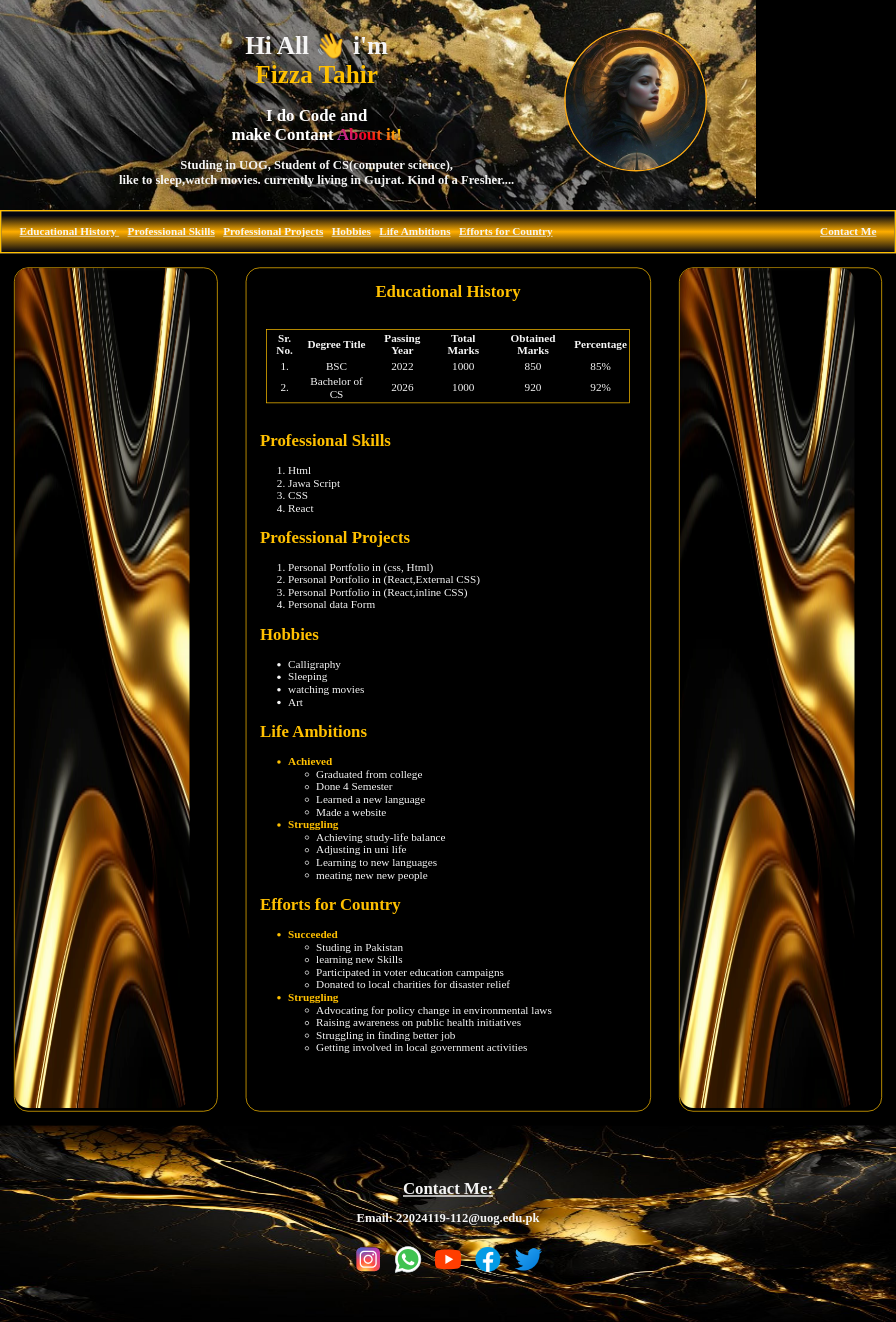
Repository: Fizza-112/project
Page: /
An editor plug-in stored every save of this project. The page is shown before and after a run of saves, followed by the edit.
The browser window is 1280 px wide. The pictures show the whole page, at 70% of full size.
The project was rebuilt for these pictures with package versions that can differ from the ones it lists, and the page was loaded fresh each time. Also part of the build but not shown: vite.config.ts.

Above is the page before, as saved 2024-09-20 14:27:32.

### src/App.tsx

import "./App.css"

import instaimg from "./components/icons8-insta.svg"
import whatsappimg from "./components/icons8-whatsapp.svg"
import youtubeimg from "./components/icons8-youtube.svg"
import facebookimg from "./components/facebook icon.png"
import twitterimg from "./components/twitter.png"
import marbelimg from "./components/marbel.webp"
import profimg from "./assets/WhatsApp Image 2024-09-20 at 8.07.10 AM.jpeg"
import sidedivimg from "./assets/sidediv.webp"
import contantimg from "./assets/bg.jpg"
const App = () => {
  return (
    <>
    <header>
    <div className="header-container">
      {/* Base image */}
      <img
        className="base-image"
         src={marbelimg}
        alt="Profile"
      />

      {/* Content inside the header */}
      <div className="header-content">
        <h1 className="header-text"><b>Hi All 👋 i'm <br/><span className="nam"> Fizza Tahir</span> </b></h1>
        <div> <h2 className="contant">I do Code and<br/> make Contant <span className="span">About it!</span> </h2></div>
        <p className="sub-text">Studing in UOG, Student of CS(computer science),<br/>
        like to sleep,watch movies. currently living in Gujrat. Kind of a Fresher....</p>
      </div>

      {/* Another image (e.g., profile or other image) on the right side */}
      <img
        className="side-image"
         src={profimg}
        alt="Profile on Right"
      />
    </div>

  </header>


    <nav id="nav">
      <div>
  <a href='#EducationalHistory'>Educational History </a>
  <a href='#ProfessionalSkills'>Professional Skills</a>
  <a href="#ProfessionalProjects">Professional Projects</a>
  <a href="#Hobbies">Hobbies</a>
  <a href="#life-ambitions">Life Ambitions</a>
  <a href="#efforts-for-country">Efforts for Country</a>
  </div>
  <div>
  <a href="#Contact-Me">Contact Me</a>
  </div>
</nav>

<div className="div">
<div id="blank-div">
  <img className="leftdiv"src={sidedivimg} alt="img" />
</div>

<div id='main-contant'>

  <div id="EducationalHistory">

    <h2 className='nam'>Educational History</h2>
        <table>
            <thead >
                <tr>
                    <th>Sr. No.</th>
                    <th>Degree Title</th>
                    <th>Passing Year</th>
                    <th>Total Marks</th>
                    <th>Obtained Marks</th>
                    <th>Percentage</th>
                </tr>
            </thead>
            <tbody>
                <tr>
                    <td>1.</td>
                    <td>BSC</td>
                    <td>2022</td>
                    <td>1000</td>
                    <td>850</td>
                    <td>85%</td>
                </tr>
                <tr>
                    <td>2.</td>
                    <td>Bachelor of CS</td>
                    <td>2026</td>
                    <td>1000</td>
                    <td>920</td>
                    <td>92%</td>
                </tr>
            </tbody>
        </table>

  </div>

  <div id="ProfessionalSkills">
<h2 className='nam'>Professional Skills</h2>
<ol>
<li>Html</li>
<li>Jawa Script</li>
<li>CSS</li>
<li>React</li>
</ol>
   </div>

  <div id="ProfessionalProjects">
<h2 className='nam'>Professional Projects</h2>
<ol>
<li>Personal Portfolio in (css, Html)</li>
<li>Personal Portfolio in (React,External CSS)</li>
<li>Personal Portfolio in (React,inline CSS)</li>
<li>Personal data Form</li>
</ol>
   </div>

  <div id="Hobbies">
<h2 className='nam'>Hobbies</h2>
<ul>
<li>Calligraphy</li>
<li>Sleeping</li>
<li>watching movies</li>
<li>Art</li>
</ul>
   </div>

   <div id="life-ambitions">
    <h2 className='nam'>Life Ambitions</h2>
    <ul>
      <li className='nam'><b >Achieved</b></li>
      <ul>
        <li>Graduated from college</li>
        <li>Done 4 Semester </li>
        <li>Learned a new language</li>
        <li>Made a website </li>
      </ul>
      <li className='nam'><b >Struggling</b></li>
      <ul>
        <li>Achieving study-life balance</li>
        <li>Adjusting in uni life</li>
        <li>Learning to new languages</li>
        <li>meating new new people</li>
      </ul>
    </ul>
    </div>

    <div id="efforts-for-country">
    <h2 className='nam'>Efforts for Country</h2>
    <ul>
      <li className='nam'><b >Succeeded</b></li>
      <ul>
        <li>Studing in Pakistan</li>
        <li>learning new Skills</li>
        <li>Participated in voter education campaigns</li>
        <li>Donated to local charities for disaster relief</li>
      </ul>
      <li className='nam'><b >Struggling</b></li>
      <ul>
        <li>Advocating for policy change in environmental laws</li>
        <li>Raising awareness on public health initiatives</li>
        <li>Struggling in finding better job</li>
        <li>Getting involved in local government activities</li>
      </ul>
    </ul>
  </div>

  </div>
  <div id="end">
  <img className="rightdiv"src={sidedivimg} alt="img" />
  </div>
  </div>

<div id="Contact-Me">
  <footer>
  <div className="footer-container">
      {/* Base image for footer */}
      <img
       className="footer-image"
       src={contantimg}
      alt="Profile"
      />

      {/* Footer content (heading and icons) */}
      <div className="footer-content">
        <h2 className="footer-heading"><u>Contact Me:</u></h2>
        <h3 className="footer-email">Email: 22024119-112@uog.edu.pk</h3>

        {/* Social media icons */}
        <div className="social-icons">
        <a href="https://www.instagram.com/" target='_blank'><img src={instaimg} alt='icon' className='icons'></img></a>
  <a href="https://web.whatsapp.com/" target='_blank'><img src={whatsappimg} alt='icon' className='icons'></img></a>
  <a href="https://www.youtube.com/" target='_blank'><img src={youtubeimg} alt='icon' className='icons'></img></a>
  <a href="https://www.facebook.com/login/?next=https%3A%2F%2Fwww.facebook.com%2F" target='_blank'><img src={facebookimg} alt='icon' className='icons'></img></a>
  <a href="https://twitter.com/i/flow/login" target='_blank'><img src={twitterimg} alt='icon' className='icons'></img></a>

        </div>
      </div>
    </div>
    </footer>
  </div>
    </>
  )
}

export default App

### src/App.css
body{
  margin: 0px;
  padding: 0px;

  /* background-color:bisque;
  background-image: linear-gradient(19deg, bisque 0%, #989fff 100%);
   */
   /* background-color:bisque;
background-image: linear-gradient(62deg, bisque 0%, #945cfd 100%); */
/* background-color: #001886;
background-image: linear-gradient(43deg, #001886 0%, #05060f 46%, #001886  100%); */
background-color:black;



}
.header-container{
  display: flex;
  align-items: center;
  justify-content: center;
  width: 200%;
  height: 300px;
  /* color:aliceblue;
  background-color: #0c0c0c;
background-image: linear-gradient(43deg, gold 0%,#161516 46%, black 100%); */
position: relative;
max-width: 1080px;

}

.base-image{
  width: 200%;
  height: 300px;
 background-size:contain;
 object-fit: cover;
}
.header-content {
  position: absolute;
  top: 20px; /* Adjust padding from top */
  left: 20px; /* Adjust padding from left */
  color: white;

}
@media (max-width: 768px){
header{
  display: flex;
  align-items: center;
  justify-content: center;
  width: 100%;
  color:aliceblue;
  background-color: #001886;
  background-image: linear-gradient(180deg, #05060f 10%,#001886   50%, #05060f 100%);
/* background-image: linear-gradient(43deg, #001886 0%, #05060f 46%, #001886  100%);  */
max-width: 768px;
padding-left: 10px;
}
}

.header-text{
  /*
  /* color:#880808;
  color:#ffc000; */
 color: whitesmoke;
 text-align: center;
  font-size: 36px;
  font-weight: bold;
  margin-left: 150px;

}
.sub-text{
  color:whitesmoke;
  text-align: center;
  font-weight: 700;
  text-align: center !important;
  font-size: 18px;
  margin-left: 150px;
}
.contant{
  text-align: center;
  margin-left: 150px;
}
.span{

  background: -webkit-linear-gradient(43deg, #a241d0 0%, #f90118 46%, #fff500 100%);
  -webkit-background-clip: text;
  -webkit-text-fill-color: transparent;
}

.side-image{
  width: 200px;
  border-radius: 50%;
  margin-top: 20px;
  border:2px solid rgb(253, 171, 19);
  position: absolute;
  top: 20px;              /*  match header's top */
  right: 20px;             /* Position it on the right side */

  object-fit: cover; /* Maintain aspect ratio */
  display:block;
 margin-right: 50px;

}
.side-image:hover{
  border: 3px solid gold;
}
#nav{
  display: flex;
  align-items:center;
  justify-content: space-between;
   padding: 20px;
   background-color:  #001886;
   background-image: linear-gradient(180deg, #05060f 10%, rgb(255, 174, 0)   50%, #05060f 100%);
   /* background-image: linear-gradient(180deg, #001886 10%, #05060f 50%, #001886  100%); */
   /* background-color: #001886;
   background-image: linear-gradient(43deg, #001886 0%, #05060f 46%, #001886  100%);  */
  border: 2px solid #ffc000;
}
@media (max-width: 768px){
#nav{
  max-width: 798px;

  display: flex;
  align-items:center;
  justify-content: space-between;
   padding: 20px;
   background-color:  #001886;
   background-image: linear-gradient(180deg, #05060f 10%,#001886   50%, #05060f 100%);
   /* background-image: linear-gradient(180deg, #001886 10%, #05060f 50%, #001886  100%); */
   /* background-color: #001886;
   background-image: linear-gradient(43deg, #001886 0%, #05060f 46%, #001886  100%);  */
  border: 2px solid #ffc000;

}
}
.div{
  display: flex;


}
#blank-div{
width: 25%;
border: 1px solid #ffc000 ;
                    /*    left box contant border */
margin: 20px;
border-radius:20px;

}
.leftdiv{
  width:250px;
  height:1200px;
  border-radius:20px;
}
#main-contant{
  width: 50%;
  border: 1px solid #ffc000;      /*center contant border*/
  margin: 20px;
border-radius:20px;
}
#end{
  width: 25%;
  border: 1px solid #ffc000;     /*right contant border*/

  margin: 20px;
  border-radius:20px;

}
a{
  color: whitesmoke;
  margin: 6px;
  font-weight: 800;
}


table{
  border: 1px solid #ffc000;       /*table border*/
  justify-content:center;
  align-items:center;
  text-align: center;
 width: 90%;
  margin: 20px;
}
@media (max-width: 768px){
table{
  max-width: 768px;
  border: 1px solid #ffc000;       /*table border*/
  justify-content:center;
  align-items:center;
  text-align: center;
 width: 90%;
  margin: 20px;
}
}
#EducationalHistory{
  color:whitesmoke;
  width:100%;
  display:flex;
  flex-direction: column;
  justify-content: center;
  align-items:center;
}
#ProfessionalSkills{
  margin-left: 20px;
  color:whitesmoke;
}
#ProfessionalProjects{
  margin-left: 20px;
  color:whitesmoke;
}
#Hobbies{
  margin-left: 20px;
  color:whitesmoke;
}
#life-ambitions{
  margin-left: 20px;
  color:whitesmoke;
}
#efforts-for-country{
  margin-left: 20px;
  color:whitesmoke;
}
@media (max-width:768px){
#efforts-for-country{
  max-width: 768px;
  color:whitesmoke;
}
}
.nam{
  color:#ffc000;
}

.footer-container{
  text-align: center;
  /* background-color:  #001886;
background-image: linear-gradient(180deg, #05060f 10%,#001886   50%, #05060f 100%);
/*  */
  /* background-color: #001886;
  background-image: linear-gradient(43deg, #001886 0%, #05060f 46%, #001886  100%);  */
  color:whitesmoke;
  margin: 20px, 0px 0px, 0px;
  height: 100px;
  position: relative;
  width: 100%;
  margin-left: 0px;

}

.footer-image{
  width: 100%;
  height: 100px;
  margin-left: 0px;
  height: 280px;
  display: block;
}
.footer-content {
  position: absolute;
  top: 50%;
  left: 50%;
  transform: translate(-50%, -50%);
  color: white; /* White text for good contrast */
}

.footer-heading{
font-size: 24px;
  font-weight: bold;
  margin-bottom: 10px;
 color:whitesmoke;
 padding-top: 180px;


}
.footer-email{
  color:whitesmoke;
  font-size: 18px;
  margin-bottom: 20px;
}




.social-icons{
    display: flex;
    justify-content: center;
    align-items:center;

}
.icons{
  height: 45px;
  width:45px;
  align-items:center ;
}

.icons:hover{
  background: linear-gradient( #040708, #f5d106,black);
}


.rightdiv{
  width:250px;
  height:1200px;
  border-radius:20px;
}

Loaded but not shown: index.html (common file); src/main.tsx (common file); src/index.css (no stored copy; drawn as an empty file)

After the next 2 saves:
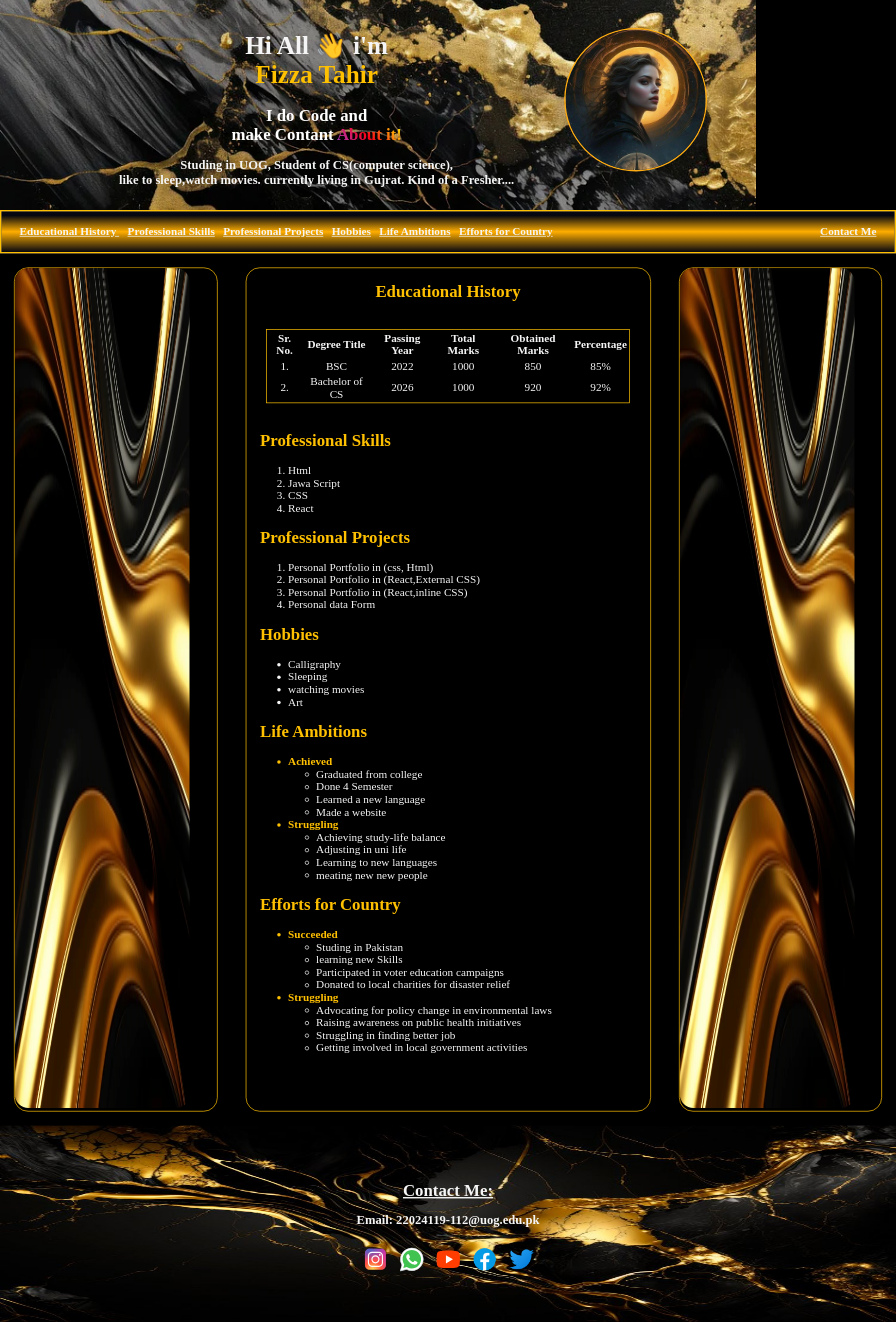
The 2 saves are shown as one change because they came seconds apart.
The last was saved 22 s later.
--- a/src/App.css
+++ b/src/App.css
@@ -284,8 +284,8 @@ font-size: 24px;
 
 }
 .icons{
-  height: 45px;
-  width:45px;
+  height: 40px;
+  width:40px;
   align-items:center ;
 }
 
